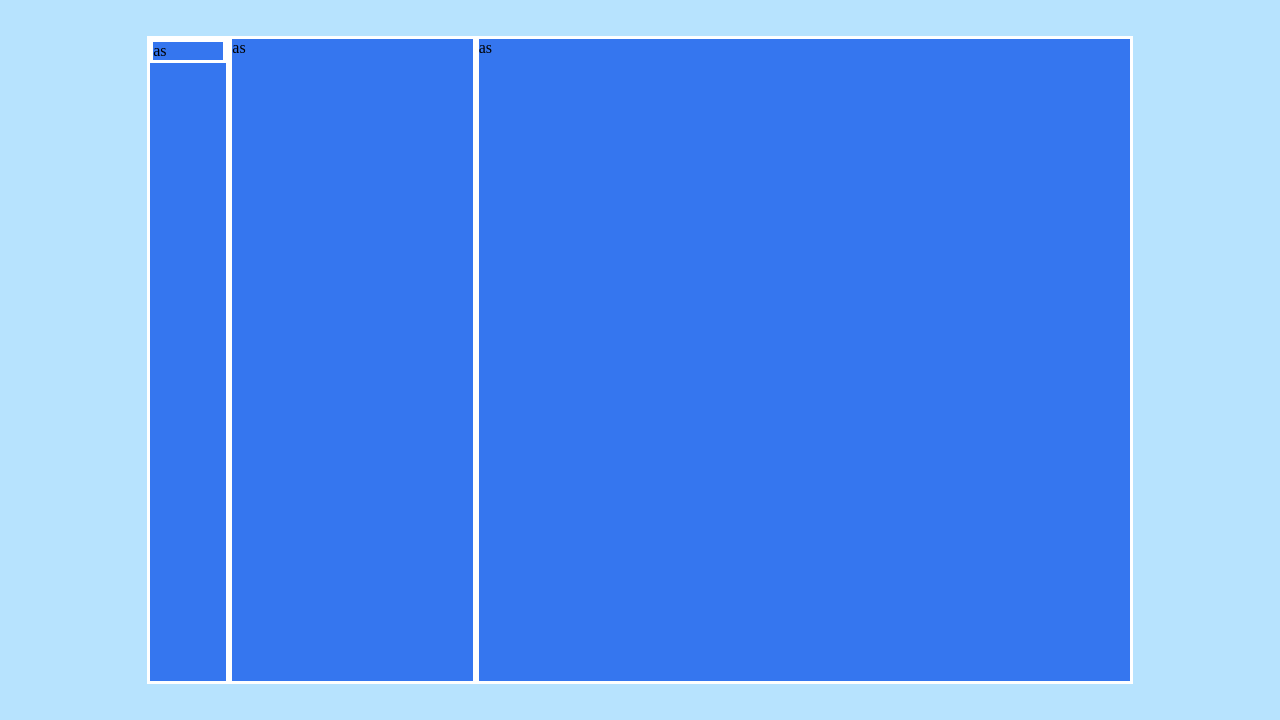
Repository: arafat877/super-chat
Page: /
The author's editor kept a copy of each file at every save. The page is drawn from the files as they stood at one save, then again after the next save.
The browser window is 1280 px wide. The pictures show the whole page.
The project was rebuilt for these pictures with package versions that can differ from the ones it lists, and the page was loaded fresh each time. Also part of the build but not shown: src/App.scss.

Above is the page before, as saved 2020-08-05 14:07:53.

After the next save:
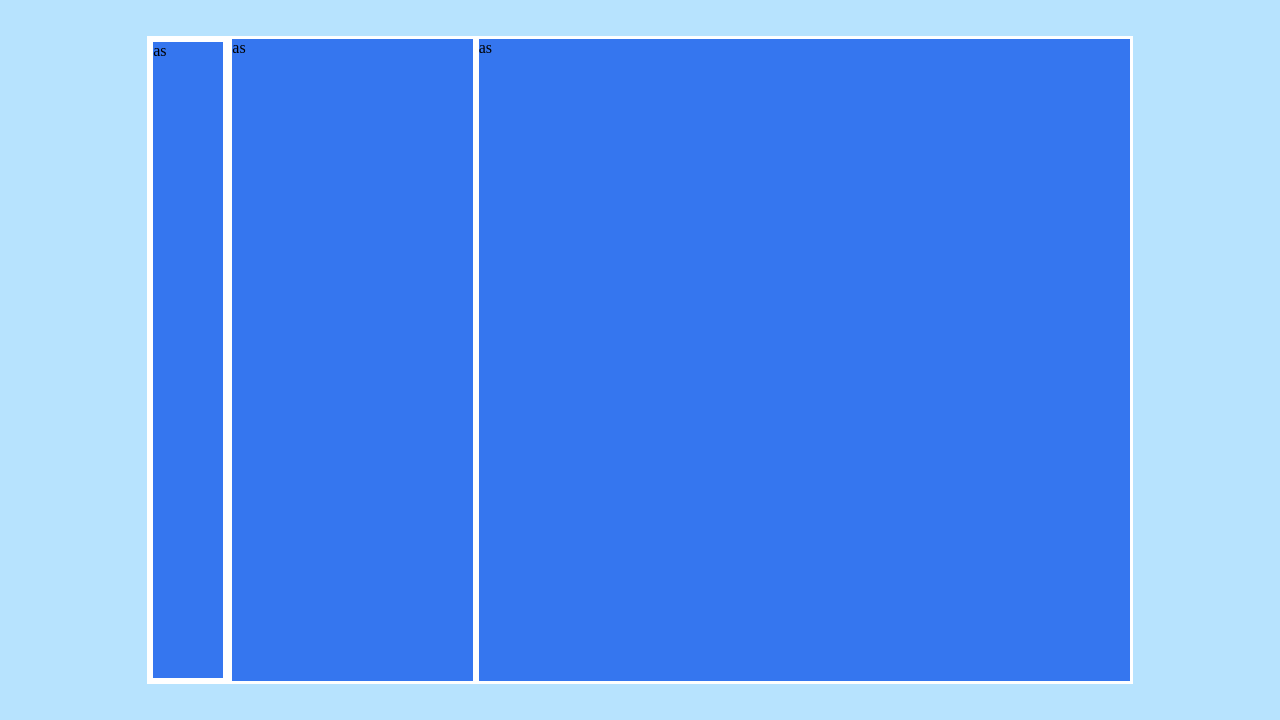
Saved 53 s later.
--- a/src/App.js
+++ b/src/App.js
@@ -44,7 +44,7 @@ function App() {
   return (
     <Container className={classes.container}>
       <Grid container containerer className={classes.innerContainer}>
-        <Grid item className={classes.column1} xs={1}>
+        <Grid item container className={classes.column1} xs={1}>
           <Grid item className={classes.c1Logo} xs={12}>
             as
           </Grid>
